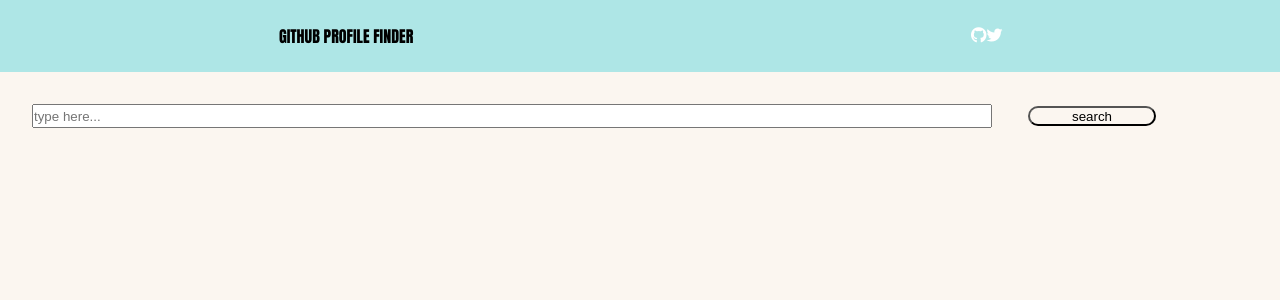
Repository: nilesjamex/githubprofilefinder
Page: index.html
The author's editor kept a copy of each file at every save. The page is drawn from the files as they stood at one save, then again after the next save.
The browser window is 1280 px wide. The pictures show the whole page.

Above is the page before, as saved 2020-11-18 23:27:39.

### index.html
<!DOCTYPE html>
<html lang="en">
<head>
    <meta charset="UTF-8">
    <meta name="viewport" content="width=device-width, initial-scale=1.0">
    <meta http-equiv="X-UA-Compatible" content="IE=7">
    <meta name="description" content="github profile finder niles egbaidomeh">
    <link rel="stylesheet" href="./styles.css">
    <link rel="preconnect" href="https://fonts.gstatic.com">
    <link rel="stylesheet" href="https://use.fontawesome.com/releases/v5.15.1/css/all.css" integrity="sha384-vp86vTRFVJgpjF9jiIGPEEqYqlDwgyBgEF109VFjmqGmIY/Y4HV4d3Gp2irVfcrp" crossorigin="anonymous">
    <link href="https://fonts.googleapis.com/css2?family=Anton&family=Roboto+Condensed:ital,wght@0,700;1,300&display=swap" rel="stylesheet">
    <title>Github Profile Finder</title>
</head>
<body>
  <nav>
      <div class="nav-text">
          GITHUB PROFILE FINDER
      </div>
      <ul>
          <li>
            <a href="https://github.com/nilesjamex/githubprofilefinder"><i class="fab fa-github"></i></a>
          </li>
          <li>
              <a href="https://twitter.com/niles_jamex"><i class="fab fa-twitter"></i></a>
          </li>
      </ul>

  </nav>
  <section>
      <div>
          <form method="get">
              <input type="text" name="" placeholder="type here..." id="" size="70%">
              <input type="submit" value="search">
          </form>
      </div>
      <div class="api-container">

      </div>
  </section>
</body>
</html>

### styles.css
*{
    margin: 0;
    padding: 0;
    box-sizing: border-box;
}
body{
    background-color: #fbf6f0;
}
nav{
    min-height: 10vh;
    background-color: #aee6e6;
    display: flex;
    justify-content: space-around;
    align-items: center;
}
a{
    text-decoration: none;
    color: white;
}
ul{
    display: flex;
    justify-content: space-between;
    width: 30px;
}
li{
    list-style: none;
}
.nav-text{
    font-family: 'Anton', sans-serif;
}
input[type=text]{
    width: 75%;
    margin: 2rem;
    height: 1.5rem;
}
input[type=submit]{
    width: 10%;
    border-radius: 40px;
    background: transparent;
    height: 1.3rem;
}
input[type=submit]:hover{
    background-color: #aee6e6;
}

After the next save:
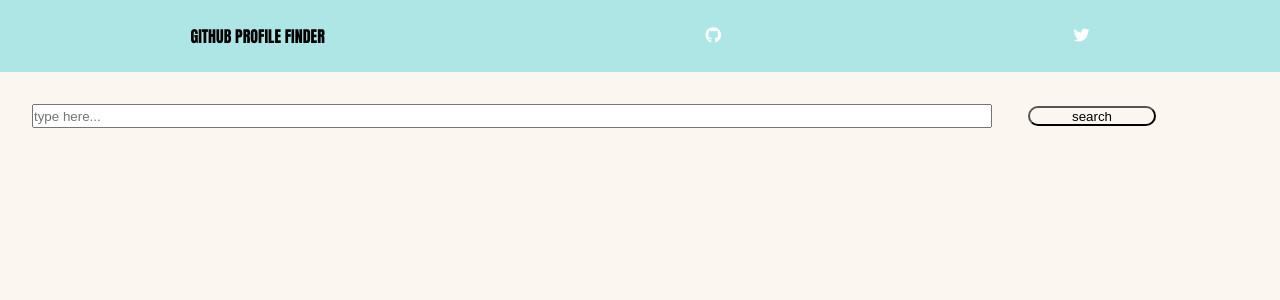
Saved 47 s later.
--- a/styles.css
+++ b/styles.css
@@ -20,7 +20,7 @@
 ul{
     display: flex;
     justify-content: space-between;
-    width: 30px;
+    width: 30%;
 }
 li{
     list-style: none;
